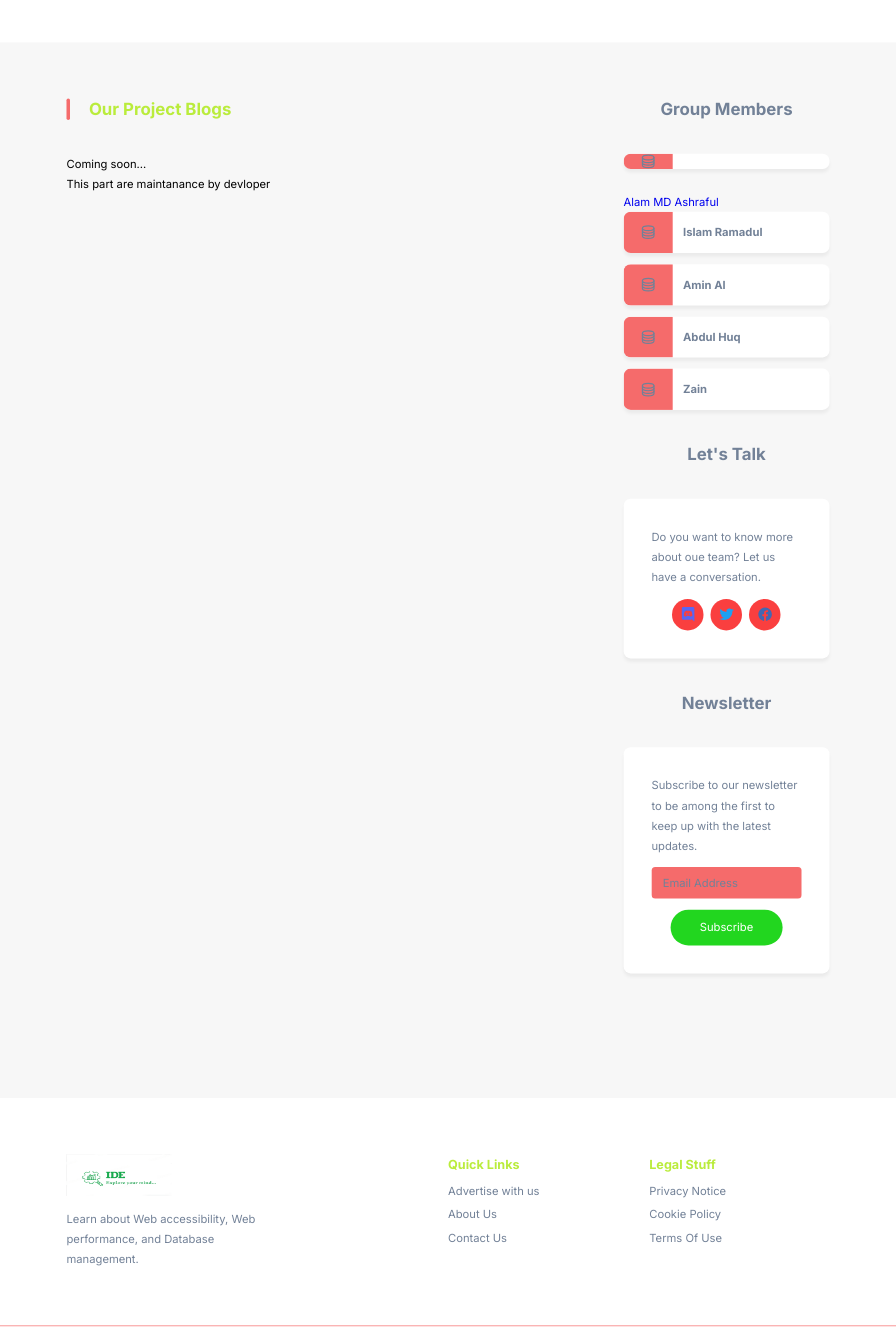
Repository: ramizraaz/zjuTeam
Page: main.html
These files come from the project's save history. The page is drawn as it stood at one moment and after the next save; the edit follows.
The browser window is 1280 px wide. The pictures show the part of the page from y = 492 to 2392 px (the page is 2443 px tall before and 2421 px after), at 70% of full size.
A picture or video elsewhere on the page could not be fetched, so the positions and the page height are approximate.

Above is the page before, as saved 2023-10-09 02:53:22.

### main.html
<!DOCTYPE html>
<html lang="en">

<head>
    <meta charset="UTF-8">
    <meta http-equiv="X-UA-Compatible" content="IE=edge">
    <meta name="viewport" content="width=device-width, initial-scale=1.0">
    <title>Team IDE at Zju,NB</title>


    <!--
    - custom css link
  -->
    <link rel="stylesheet" href="main.css">

    <!--
    - google font link
  -->
    <link rel="preconnect" href="https://fonts.googleapis.com">
    <link rel="preconnect" href="https://fonts.gstatic.com" crossorigin>
    <link href="https://fonts.googleapis.com/css2?family=Inter:wght@400;500;600;700;900&display=swap" rel="stylesheet">
</head>

<body class="light-theme">

    <!--
    - #HEADER
  -->

    <header>

        <div class="container">

            <nav class="navbar">

                <a href="#">
                    <img src="img/teamLogo.png" alt="Team LoGo" width="150" height="80" class="logo-light">
                    <img src="img/teamLogo.png" alt="Team logo" width="150" height="80" class="logo-dark">
                </a>

                <div class="btn-group">

                    <button class="theme-btn theme-btn-mobile light">
            <ion-icon name="moon" class="moon"></ion-icon>
            <ion-icon name="sunny" class="sun"></ion-icon>
          </button>

                    <button class="nav-menu-btn">
            <ion-icon name="menu-outline"></ion-icon>
          </button>

                </div>

                <div class="flex-wrapper">

                    <ul class="desktop-nav">

                        <li>
                            <a href="#" class="nav-link">Home</a>
                        </li>

                        <li>
                            <a href="#" class="nav-link">About US</a>
                        </li>

                        <li>
                            <a href="#" class="nav-link">Contact US</a>
                        </li>

                    </ul>

                    <button class="theme-btn theme-btn-desktop light">
            <ion-icon name="moon" class="moon"></ion-icon>
            <ion-icon name="sunny" class="sun"></ion-icon>
          </button>

                </div>

                <div class="mobile-nav">

                    <button class="nav-close-btn">
            <ion-icon name="close-outline"></ion-icon>
          </button>

                    <div class="wrapper">

                        <p class="h3 nav-title">Main Menu</p>

                        <ul>
                            <li class="nav-item">
                                <a href="#" class="nav-link">Home</a>
                            </li>

                            <li class="nav-item">
                                <a href="#" class="nav-link">About Me</a>
                            </li>

                            <li class="nav-item">
                                <a href="#" class="nav-link">Contact</a>
                            </li>
                        </ul>

                    </div>
                </div>

            </nav>

        </div>

    </header>





    <main>

        <!--
      - #HERO SECTION
    -->

        <div class="hero">

            <div class="container">

                <div class="left">

                    <h1 class="h1">
                        Hi, We're <b>IDE&nbsp;Team</b>.
                        <br>at Zju,NB
                    </h1>

                    <p class="h3">
                        Your problems <abbr title="Accessibility">is</abbr> our opportunity
                    </p>

                    <div class="btn-group">
                        <a href="#" class="btn btn-primary">Contact us</a>
                        <a href="#" class="btn btn-secondary">About us</a>
                    </div>

                </div>

                <div class="right">

                    <div class="pattern-bg"></div>
                    <div class="img-box">
                        <img src="img/teamPhoto.jpg" alt="Group Photo" class="hero-img">
                    </div>

                </div>

            </div>

        </div>





        <div class="main">

            <div class="container">

                <!--
          - BLOG SECTION
        -->

                <div class="blog">

                    <h2 class="h2">Our Project Blogs</h2>
                    <p>Coming soon... <br> This part are maintanance by devloper</p>

                </div>





                <!--
          - ASIDE
        -->

                <div class="aside">

                    <div class="topics">

                        <h2 class="h2">Group Members</h2>

                        <a href="#" class="topic-btn">
                            <div class="icon-box">
                                <ion-icon name="server-outline"></ion-icon>
                            </div>

                            <p>
                                <a href="https://ashraful756.github.io/Ashraful_Profile/" target="">Alam MD Ashraful</a></p>
                        </a>
                        <a href="#" class="topic-btn">
                            <div class="icon-box">
                                <ion-icon name="server-outline"></ion-icon>
                            </div>

                            <p>Islam Ramadul</p>
                        </a>
                        <a href="#" class="topic-btn">
                            <div class="icon-box">
                                <ion-icon name="server-outline"></ion-icon>
                            </div>

                            <p>Amin Al</p>
                        </a>
                        <a href="#" class="topic-btn">
                            <div class="icon-box">
                                <ion-icon name="server-outline"></ion-icon>
                            </div>

                            <p>Abdul Huq</p>
                        </a>
                        <a href="#" class="topic-btn">
                            <div class="icon-box">
                                <ion-icon name="server-outline"></ion-icon>
                            </div>

                            <p>Zain</p>
                        </a>

                    </div>
                    <div class="contact">

                        <h2 class="h2">Let's Talk</h2>

                        <div class="wrapper">

                            <p>
                                Do you want to know more about oue team? Let us have a conversation.
                            </p>

                            <ul class="social-link">

                                <li>
                                    <a href="#" class="icon-box discord">
                                        <ion-icon name="logo-discord"></ion-icon>
                                    </a>
                                </li>

                                <li>
                                    <a href="#" class="icon-box twitter">
                                        <ion-icon name="logo-twitter"></ion-icon>
                                    </a>
                                </li>

                                <li>
                                    <a href="#" class="icon-box facebook">
                                        <ion-icon name="logo-facebook"></ion-icon>
                                    </a>
                                </li>

                            </ul>

                        </div>

                    </div>

                    <div class="newsletter">

                        <h2 class="h2">Newsletter</h2>

                        <div class="wrapper">

                            <p>
                                Subscribe to our newsletter to be among the first to keep up with the latest updates.
                            </p>

                            <form action="#">
                                <input type="email" name="email" placeholder="Email Address" required>

                                <button type="submit" class="btn btn-primary">Subscribe</button>
                            </form>

                        </div>

                    </div>

                </div>

            </div>

        </div>

    </main>





    <!--
    - #FOOTER
  -->

    <footer>

        <div class="container">

            <div class="wrapper">

                <a href="#" class="footer-logo">
                    <img src="img/teamLogo.png" alt="Team Logo" width="150" height="60" class="logo-light">
                    <img src="img/teamLogo.png" alt="Team Logo" width="150" height="60" class="logo-dark">
                </a>

                <p class="footer-text">
                    Learn about Web accessibility, Web performance, and Database management.
                </p>

            </div>

            <div class="wrapper">

                <p class="footer-title">Quick Links</p>

                <ul>

                    <li>
                        <a href="#" class="footer-link">Advertise with us</a>
                    </li>

                    <li>
                        <a href="#" class="footer-link">About Us</a>
                    </li>

                    <li>
                        <a href="#" class="footer-link">Contact Us</a>
                    </li>

                </ul>

            </div>

            <div class="wrapper">

                <p class="footer-title">Legal Stuff</p>

                <ul>

                    <li>
                        <a href="#" class="footer-link">Privacy Notice</a>
                    </li>

                    <li>
                        <a href="#" class="footer-link">Cookie Policy</a>
                    </li>

                    <li>
                        <a href="#" class="footer-link">Terms Of Use</a>
                    </li>

                </ul>

            </div>

        </div>

        <p class="copyright">
            &copy; Copyright 2023 <a href="https://github.com/NexMaker-Fab/2023zjudem-team2" target="_blank">IDE at Zju,NB</a>
        </p>

    </footer>





    <!--
    - custom js link
  -->
    <script src="js/script.min.js"></script>

    <!--
    - ionicon link
  -->
    <script type="module" src="https://unpkg.com/ionicons@5.5.2/dist/ionicons/ionicons.esm.js"></script>
    <script nomodule src="https://unpkg.com/ionicons@5.5.2/dist/ionicons/ionicons.js"></script>
</body>

</html>

Loaded but not shown: js/script.min.js (common file); main.css (892 lines, source omitted)

After the next save:
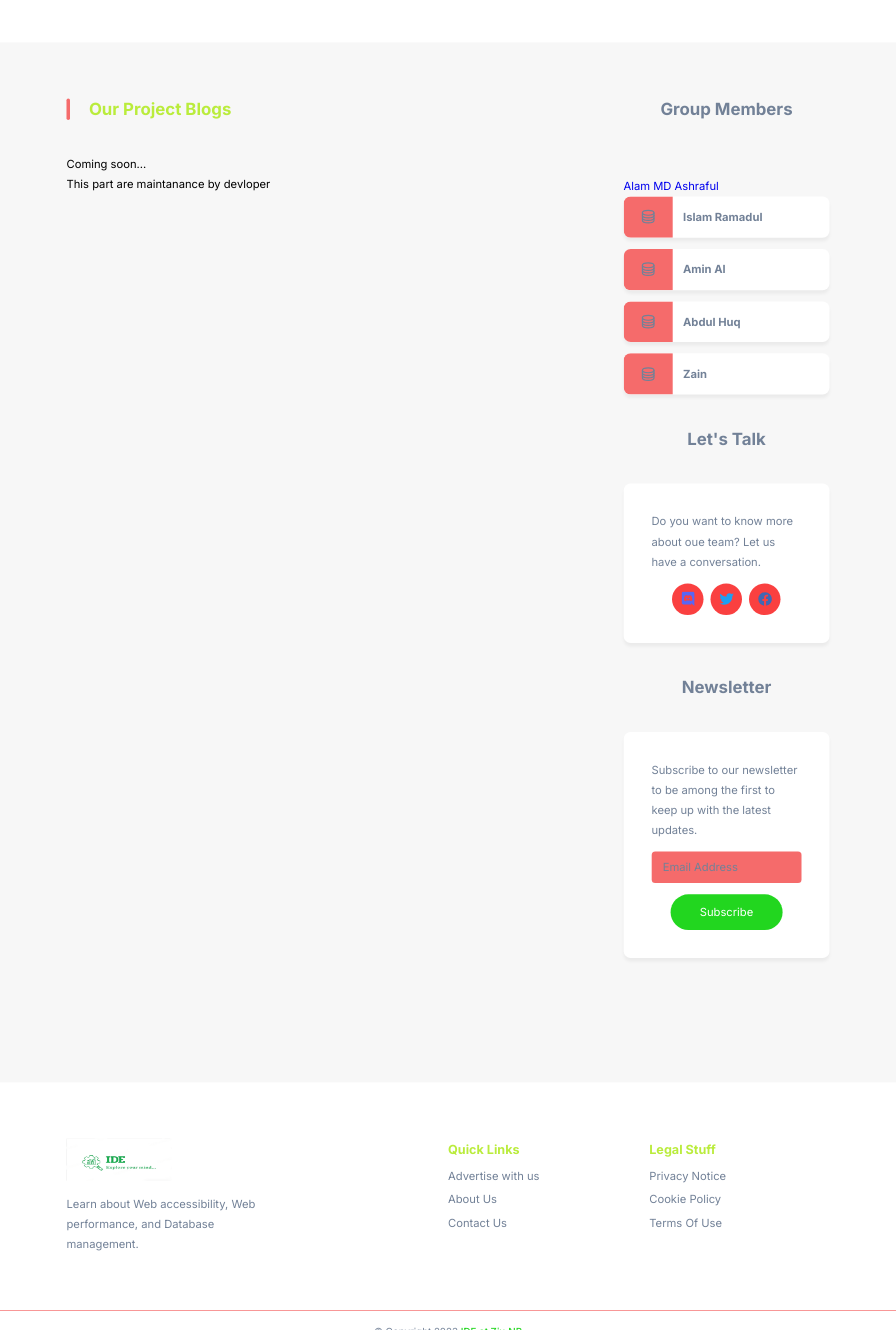
Saved 33 s later.
--- a/main.html
+++ b/main.html
@@ -188,9 +188,7 @@
                         <h2 class="h2">Group Members</h2>
 
                         <a href="#" class="topic-btn">
-                            <div class="icon-box">
-                                <ion-icon name="server-outline"></ion-icon>
-                            </div>
+
 
                             <p>
                                 <a href="https://ashraful756.github.io/Ashraful_Profile/" target="">Alam MD Ashraful</a></p>
